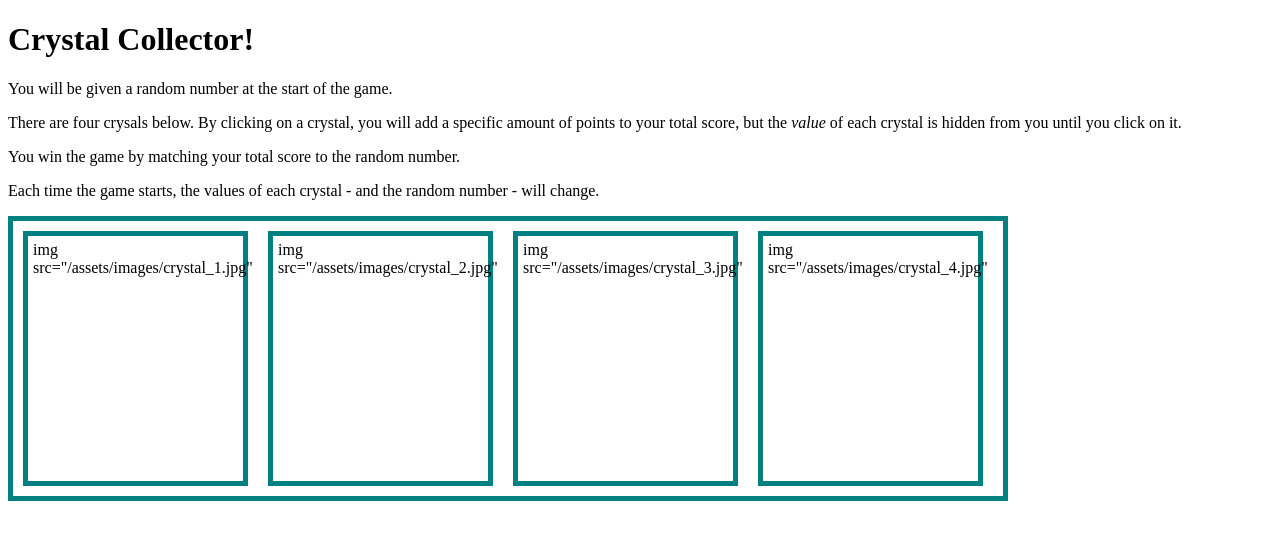
Repository: dsaftler/unit-4-game
Page: index.html
The author's editor kept a copy of each file at every save. The page is drawn from the files as they stood at one save, then again after the next save.
The browser window is 1280 px wide. The pictures show the whole page.

Above is the page before, as saved 2019-04-01 18:15:27.

### index.html
<!DOCTYPE html>
<html lang="en">
<head>
  <meta charset="UTF-8">
  <meta name="viewport" content="width=device-width, initial-scale=1.0">
  <meta http-equiv="X-UA-Compatible" content="ie=edge">
  <link rel="stylesheet" href="assets/css/reset.css">
  <link rel="stylesheet" href="assets/css/style.css">
  <script src="https://ajax.googleapis.com/ajax/libs/jquery/3.3.1/jquery.min.js"></script>


  <title>Puzzle Crystal Collector</title>
</head>
<body>
<h1>Crystal Collector!</h1>
<p>You will be given a random number at the start of the game.</p>
<p>There are four crysals below.  By clicking on a crystal, you will add a specific amount of points to your total score, but the <em>value</em> of each crystal is hidden from you until you click on it.</p>
<p>You win the game by matching your total score to the random number.</p>
<p>Each time the game starts, the values of each crystal - and the random number - will change.</p>

<div class="crystal-set">
  <div class="crystal" id="crystal_1">img src="/assets/images/crystal_1.jpg"</div>
  <div class="crystal" id="crystal_2">img src="/assets/images/crystal_2.jpg"</div>
  <div class="crystal" id="crystal_3">img src="/assets/images/crystal_3.jpg"</div>
  <div class="crystal" id="crystal_4">img src="/assets/images/crystal_4.jpg"</div>
</div>


</body>
</html>

### assets/css/style.css
* {
  box-sizing: border-box;
}
.body {
background-image: url("assets\images\congruent_pentagon.png")
}
.container{
  background-color: "green"

}
.crystal-set{
  background-color: #ffffff;
  height: 285px;
  width: 1000px;
  border:5px solid teal;

}
.crystal{
  float: left;
  height: 255px;
  width: 225px;
  border: teal 5px solid;
  padding: 5px;
  margin: 10px;

}

Loaded but not shown: assets/css/reset.css (no stored copy; drawn as an empty file)

After the next save:
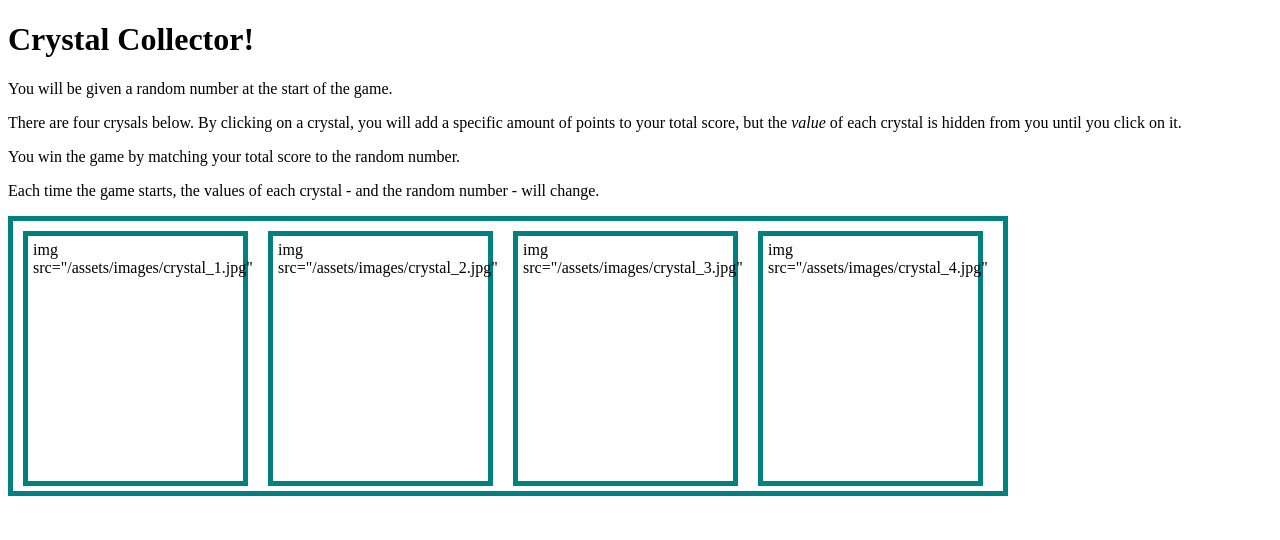
Saved 14 s later.
--- a/assets/css/style.css
+++ b/assets/css/style.css
@@ -10,7 +10,7 @@ background-image: url("assets\images\congruent_pentagon.png")
 }
 .crystal-set{
   background-color: #ffffff;
-  height: 285px;
+  height: 280px;
   width: 1000px;
   border:5px solid teal;
 
